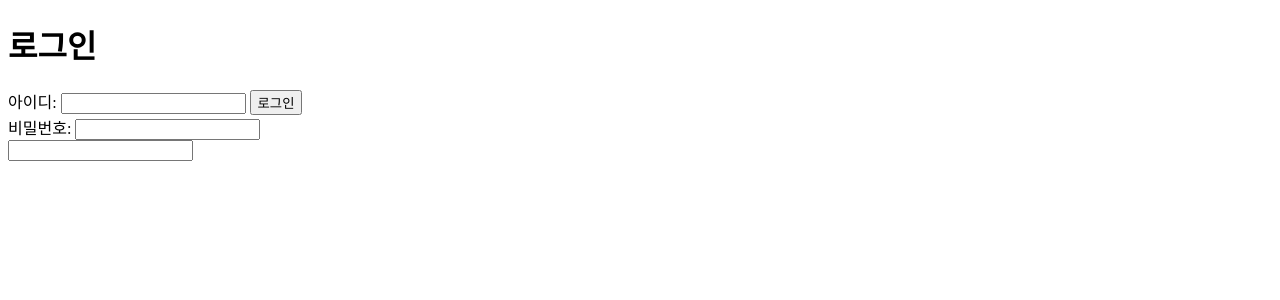
Repository: Chojaejun/javastudy
Page: HelloWorld/WebContent/Test4.html
These files come from the project's save history. The page is drawn as it stood at one moment and after the next save; the edit follows.
The browser window is 1280 px wide. The pictures show the whole page.

Above is the page before, as saved 2020-12-07 03:13:54.

After the next save:
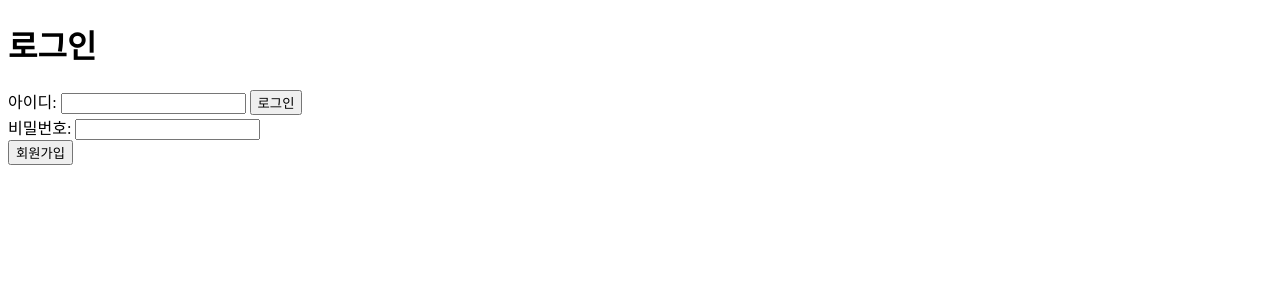
Saved 49 s later.
--- a/HelloWorld/WebContent/Test4.html
+++ b/HelloWorld/WebContent/Test4.html
@@ -14,7 +14,7 @@
 <label for="ps">비밀번호: </label>
 <input id="ps" type="password" name="ps">
 <br>
-<input type="text">
+<input type="submit" value="회원가입">
 
 </form>
 
